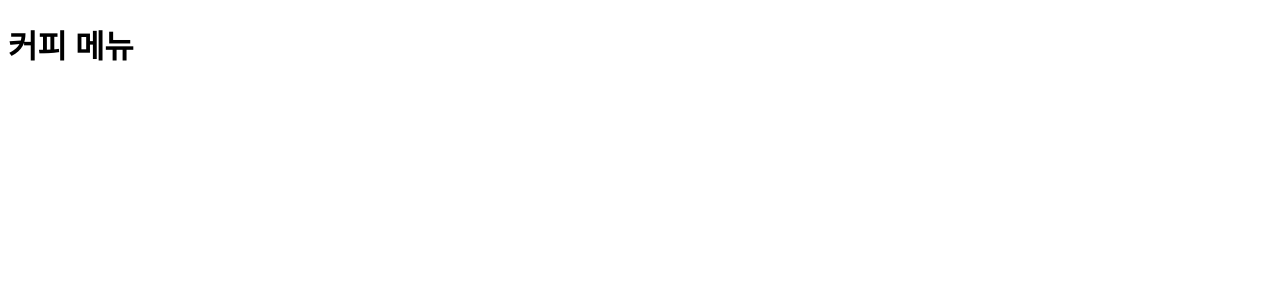
Repository: junirang330/Jsp2026
Page: http://localhost/chapter01/coffee/Coffee.jsp
These files come from the project's save history. The page is drawn as it stood at one moment and after the next save; the edit follows.
The browser window is 1280 px wide. The pictures show the whole page.
The page is served by Tomcat 9.

Above is the page before, as saved 2026-10-19 08:47:56.

After the next save:
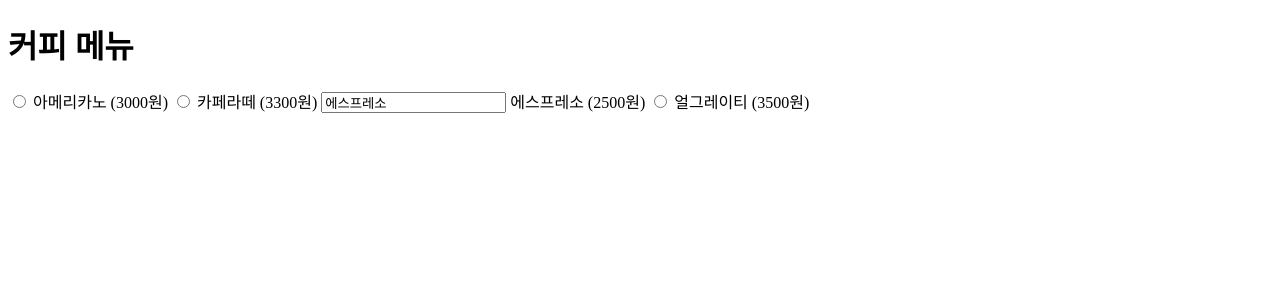
Saved 4 min 11 s later.
--- a/chapter01/src/main/webapp/coffee/Coffee.jsp
+++ b/chapter01/src/main/webapp/coffee/Coffee.jsp
@@ -8,6 +8,16 @@
 </head>
 <body>
 	<h1>커피 메뉴</h1>
+	<input type = "radio" name = "coffee_type" value = "아메리카노" id = "ame"/>
+	<label for = "ame">아메리카노 (3000원)</label>
+	<input type = "radio" name = "coffee_type" value = "카페라떼" id = "latte"/>
+	<label for = "ame">카페라떼 (3300원)</label>
+	<input type = "latte" name = "coffee_type" value = "에스프레소" id = "espresso"/>
+	<label for = "espresso">에스프레소 (2500원)</label>
+	<input type = "radio" name = "coffee_type" value = "얼그레이티" id = "tea"/>
+	<label for = "tea">얼그레이티 (3500원)</label>
+
+
 
 </body>
 </html>
